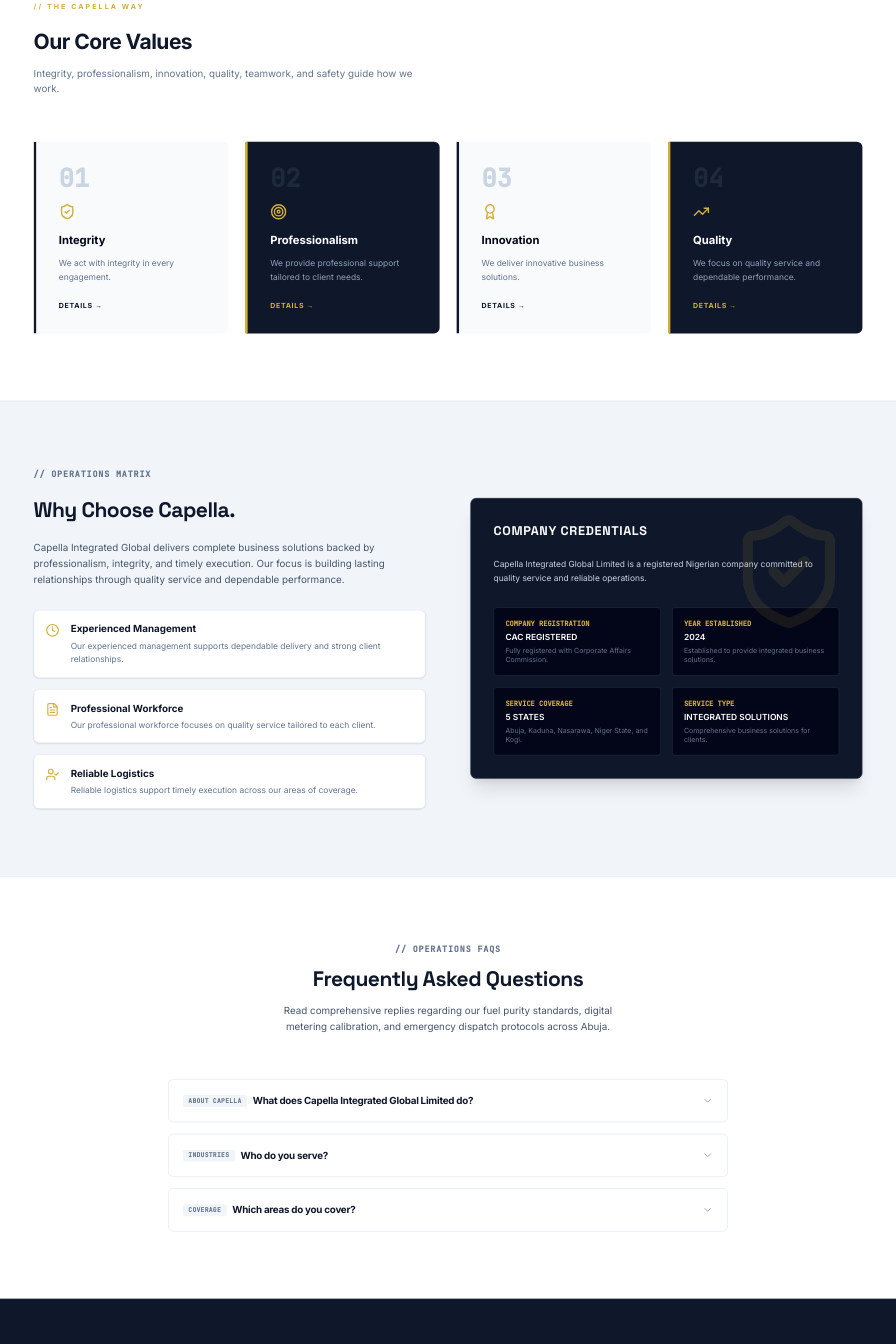
Repository: Jessic-asomugha/primo
Page: /, after clicking the first element matching `#nav-about`
An editor plug-in stored every save of this project. The page is shown before and after the next save, followed by the edit.
The browser window is 1280 px wide. The pictures show the part of the page from y = 609 to 2529 px (the page is 3191 px tall), at 70% of full size.
The project was rebuilt for these pictures with package versions that can differ from the ones it lists, and the page was loaded fresh each time. Also part of the build but not shown: vite.config.ts, src/components/ServicesView.tsx, src/components/ContactView.tsx, src/components/EnquiryView.tsx.

Above is the page before, as saved 2026-08-06 12:33:08.

### index.html
<!doctype html>
<html lang="en">
  <head>
    <meta charset="UTF-8" />
    <meta name="viewport" content="width=device-width, initial-scale=1.0" />
    <meta name="description" content="Capella Integrated Global Limited provides integrated business solutions in Nigeria." />
    <title>Capella Integrated Global Limited | Integrated Solutions. Trusted Results.</title>
  </head>
  <body>
    <div id="root"></div>
    <script type="module" src="/src/main.tsx"></script>
  </body>
</html>

### src/main.tsx
import {StrictMode} from 'react';
import {createRoot} from 'react-dom/client';
import App from './App.tsx';
import './index.css';

createRoot(document.getElementById('root')!).render(
  <StrictMode>
    <App />
  </StrictMode>,
);

### src/components/AboutView.tsx
/**
 * @license
 * SPDX-License-Identifier: Apache-2.0
 */

import React, { useState } from 'react';
import { ActiveView } from '../types';
import { VALUES, FAQS, ASSETS } from '../data';
import {
  ShieldCheck,
  Target,
  Award,
  ChevronDown,
  ChevronUp,
  Clock,
  FileText,
  ArrowRight,
  UserCheck,
  TrendingUp,
  Activity,
  Droplet
} from 'lucide-react';

interface AboutViewProps {
  setView: (view: ActiveView) => void;
}

export default function AboutView({ setView }: AboutViewProps) {
  // State for toggling FAQ accordions
  const [openFaqId, setOpenFaqId] = useState<string | null>(null);

  const toggleFaq = (id: string) => {
    if (openFaqId === id) {
      setOpenFaqId(null);
    } else {
      setOpenFaqId(id);
    }
  };

  const renderValueIcon = (iconName: string) => {
    switch (iconName) {
      case 'ShieldCheck': return <ShieldCheck className="h-6 w-6 text-brand-orange" />;
      case 'Target': return <Target className="h-6 w-6 text-brand-orange" />;
      case 'Award': return <Award className="h-6 w-6 text-brand-orange" />;
      case 'TrendingUp': return <TrendingUp className="h-6 w-6 text-brand-orange" />;
      default: return <Droplet className="h-6 w-6 text-brand-orange" />;
    }
  };

  return (
    <div className="flex flex-col min-h-screen bg-slate-50">

      {/* 1. INTRO HEADER */}
      <section className="relative bg-slate-900 text-white py-20 border-b border-slate-800 overflow-hidden">
        {/* repeating diagonal grid pattern */}
        <div className="absolute inset-0 bg-[linear-gradient(to_right,#1e293b_1px,transparent_1px),linear-gradient(to_bottom,#1e293b_1px,transparent_1px)] bg-[size:24px_24px] opacity-20 z-0" />
        <div className="relative z-10 mx-auto max-w-7xl px-6 sm:px-8 lg:px-12">
          <div className="max-w-3xl flex flex-col justify-center">
            {/* Orange bar highlight */}
            <div className="w-12 h-1 bg-brand-orange mb-6"></div>

            <span className="text-[10px] font-bold uppercase tracking-[0.3em] text-brand-orange mb-2 block">
              Corporate Background
            </span>
            <h1 className="text-display text-4xl sm:text-5xl font-extrabold tracking-tight text-white leading-[1.1] mb-6">
              Integrated Solutions, <br />
              <span className="text-slate-400">Trusted Results.</span>
            </h1>
            <p className="text-slate-400 text-sm leading-relaxed max-w-2xl font-light">
              Capella Integrated Global Limited is a diversified Nigerian company providing integrated business solutions across oil and gas, procurement, logistics, engineering, construction support, and general contracting. We deliver innovative, efficient, and cost-effective solutions tailored to corporate organisations, government institutions, and private businesses.
            </p>
          </div>
        </div>
      </section>


      {/* 2. CORE VALUES */}
      <section className="py-24 bg-white">
        <div className="mx-auto max-w-7xl px-6 sm:px-8 lg:px-12">

          <div className="flex flex-col gap-4 mb-16 max-w-xl">
            <h2 className="text-[10px] font-bold uppercase tracking-[0.3em] text-brand-orange mb-2">// THE CAPELLA WAY</h2>
            <h3 className="text-3xl font-extrabold text-slate-900 tracking-tight">
              Our Core Values
            </h3>
            <p className="text-slate-500 text-sm leading-relaxed font-light">
              Integrity, professionalism, innovation, quality, teamwork, and safety guide how we work.
            </p>
          </div>

          <div className="grid grid-cols-1 md:grid-cols-4 gap-6">
            {VALUES.map((val, index) => {
              const borderCol = index % 2 === 0 ? 'border-slate-900' : 'border-brand-orange';
              const bgCol = index % 2 === 0 ? 'bg-slate-50' : 'bg-slate-900 text-white';
              const numColor = index % 2 === 0 ? 'text-slate-300' : 'text-slate-800';
              const descColor = index % 2 === 0 ? 'text-slate-500' : 'text-slate-400';
              const titleColor = index % 2 === 0 ? 'text-slate-950' : 'text-white';

              return (
                <div key={val.id} className={`group ${bgCol} p-8 border-l-4 ${borderCol} flex flex-col justify-between hover:shadow-lg transition-all duration-300 rounded-r-lg`}>
                  <div>
                    <div className={`${numColor} font-bold text-4xl mb-4 font-mono`}>0{index + 1}</div>
                    <div className="mb-4">{renderValueIcon(val.iconName)}</div>
                    <h4 className={`text-base font-bold mb-3 ${titleColor}`}>{val.title}</h4>
                    <p className={`${descColor} text-xs leading-relaxed mb-6 font-light`}>{val.description}</p>
                  </div>
                  <div className={`flex items-center ${index % 2 === 0 ? 'text-slate-900' : 'text-brand-orange'} font-bold text-[10px] uppercase tracking-widest cursor-pointer hover:translate-x-1 transition-transform`}>
                    Details &rarr;
                  </div>
                </div>
              );
            })}
          </div>

        </div>
      </section>


      {/* 3. WHY CHOOSE US - CORPORATE HIGHLIGHTS */}
      <section className="py-24 bg-slate-100 border-y border-slate-200">
        <div className="mx-auto max-w-7xl px-6 sm:px-8 lg:px-12">

          <div className="grid grid-cols-1 lg:grid-cols-2 gap-12 lg:gap-16 items-center">

            <div className="flex flex-col gap-6">
              <span className="text-xs font-mono uppercase tracking-widest text-slate-500 font-bold">// OPERATIONS MATRIX</span>
              <h2 className="text-display text-3xl font-bold tracking-tight text-slate-900 leading-tight">
                Why Choose Capella.
              </h2>
              <p className="text-slate-600 text-sm leading-relaxed">
                Capella Integrated Global delivers complete business solutions backed by professionalism, integrity, and timely execution. Our focus is building lasting relationships through quality service and dependable performance.
              </p>

              <div className="space-y-4 mt-2">
                {[
                  {
                    icon: <Clock className="h-5 w-5 text-brand-orange shrink-0 mt-0.5" />,
                    title: 'Experienced Management',
                    desc: 'Our experienced management supports dependable delivery and strong client relationships.'
                  },
                  {
                    icon: <FileText className="h-5 w-5 text-brand-orange shrink-0 mt-0.5" />,
                    title: 'Professional Workforce',
                    desc: 'Our professional workforce focuses on quality service tailored to each client.'
                  },
                  {
                    icon: <UserCheck className="h-5 w-5 text-brand-orange shrink-0 mt-0.5" />,
                    title: 'Reliable Logistics',
                    desc: 'Reliable logistics support timely execution across our areas of coverage.'
                  }
                ].map((highlight, index) => (
                  <div key={index} className="flex gap-4 p-4 rounded-lg bg-white border border-slate-200/60 shadow-sm">
                    {highlight.icon}
                    <div>
                      <h4 className="text-sm font-bold text-slate-900">{highlight.title}</h4>
                      <p className="text-xs text-slate-500 mt-1 leading-relaxed">{highlight.desc}</p>
                    </div>
                  </div>
                ))}
              </div>
            </div>

            <div className="flex flex-col gap-6 bg-slate-900 text-white p-8 rounded-lg border border-slate-800 shadow-xl relative overflow-hidden">
              <div className="absolute top-0 right-0 p-4 opacity-10">
                <ShieldCheck className="h-44 w-44 text-brand-orange" />
              </div>

              <h3 className="text-display text-lg font-bold tracking-tight text-white uppercase tracking-wider">
                COMPANY CREDENTIALS
              </h3>
              <p className="text-slate-300 text-xs leading-relaxed">
                Capella Integrated Global Limited is a registered Nigerian company committed to quality service and reliable operations.
              </p>

              <div className="grid grid-cols-2 gap-4 mt-2 text-xs">
                <div className="p-4 rounded bg-slate-950 border border-slate-800">
                  <span className="text-[10px] text-brand-orange font-mono font-bold block mb-1">COMPANY REGISTRATION</span>
                  <span className="font-semibold text-white block">CAC REGISTERED</span>
                  <p className="text-[10px] text-slate-500 mt-1">Fully registered with Corporate Affairs Commission.</p>
                </div>
                <div className="p-4 rounded bg-slate-950 border border-slate-800">
                  <span className="text-[10px] text-brand-orange font-mono font-bold block mb-1">YEAR ESTABLISHED</span>
                  <span className="font-semibold text-white block">2024</span>
                  <p className="text-[10px] text-slate-500 mt-1">Established to provide integrated business solutions.</p>
                </div>
                <div className="p-4 rounded bg-slate-950 border border-slate-800">
                  <span className="text-[10px] text-brand-orange font-mono font-bold block mb-1">SERVICE COVERAGE</span>
                  <span className="font-semibold text-white block">5 STATES</span>
                  <p className="text-[10px] text-slate-500 mt-1">Abuja, Kaduna, Nasarawa, Niger State, and Kogi.</p>
                </div>
                <div className="p-4 rounded bg-slate-950 border border-slate-800">
                  <span className="text-[10px] text-brand-orange font-mono font-bold block mb-1">SERVICE TYPE</span>
                  <span className="font-semibold text-white block">INTEGRATED SOLUTIONS</span>
                  <p className="text-[10px] text-slate-500 mt-1">Comprehensive business solutions for clients.</p>
                </div>
              </div>
            </div>

          </div>
        </div>
      </section>


      {/* 4. FAQ ACCORDIONS (Interactive Accordions) */}
      <section className="py-24 bg-white">
        <div className="mx-auto max-w-4xl px-6 sm:px-8 lg:px-12">

          <div className="text-center flex flex-col gap-4 mb-16">
            <span className="text-xs font-mono uppercase tracking-widest text-slate-500 font-bold">// OPERATIONS FAQS</span>
            <h2 className="text-display text-3xl font-extrabold tracking-tight text-slate-900">
              Frequently Asked Questions
            </h2>
            <p className="text-slate-600 text-sm leading-relaxed max-w-lg mx-auto">
              Read comprehensive replies regarding our fuel purity standards, digital metering calibration, and emergency dispatch protocols across Abuja.
            </p>
          </div>

          <div className="flex flex-col gap-4">
            {FAQS.map((faq) => {
              const isOpen = openFaqId === faq.id;
              return (
                <div
                  key={faq.id}
                  className={`border rounded-lg transition-all ${
                    isOpen
                      ? 'border-brand-orange bg-slate-50/50'
                      : 'border-slate-200 hover:border-slate-300 bg-white'
                  }`}
                >
                  <button
                    onClick={() => toggleFaq(faq.id)}
                    className="w-full flex items-center justify-between p-5 text-left focus:outline-none focus:ring-1 focus:ring-brand-orange rounded-lg"
                    aria-expanded={isOpen}
                    id={`btn-faq-toggle-${faq.id}`}
                  >
                    <div className="flex flex-col sm:flex-row sm:items-center gap-2">
                      <span className="text-[9px] uppercase tracking-wider bg-slate-100 text-slate-500 font-mono font-bold px-2 py-0.5 rounded w-max">
                        {faq.category}
                      </span>
                      <span className="text-sm font-bold text-slate-900 tracking-tight">
                        {faq.question}
                      </span>
                    </div>
                    {isOpen ? (
                      <ChevronUp className="h-4 w-4 text-brand-orange shrink-0 ml-4" />
                    ) : (
                      <ChevronDown className="h-4 w-4 text-slate-400 shrink-0 ml-4" />
                    )}
                  </button>

                  {isOpen && (
                    <div className="px-5 pb-5 pt-1 text-xs text-slate-600 leading-relaxed border-t border-slate-100 mt-1">
                      {faq.answer}
                    </div>
                  )}
                </div>
              );
            })}
          </div>

        </div>
      </section>


      {/* 5. CTA */}
      <section className="bg-slate-900 text-white py-16 border-t border-slate-800">
        <div className="mx-auto max-w-4xl px-6 sm:px-8 lg:px-12 text-center flex flex-col items-center gap-5">
          <h2 className="text-display text-2xl sm:text-3xl font-bold tracking-tight">
            Consult with our Fuel Logistics Desk.
          </h2>
          <p className="text-slate-300 max-w-xl text-xs leading-relaxed">
            Need to negotiate fixed monthly bulk fuel contracts, set up automatic tank level monitors, or arrange emergency stand-by dispatches? Speak directly with our sales director.
          </p>
          <button
            onClick={() => setView(ActiveView.CONTACT)}
            className="group flex items-center gap-2 rounded bg-brand-orange hover:bg-brand-orange-hover px-6 py-3 text-sm font-semibold text-slate-950 transition-all hover:shadow-lg mt-2 font-bold cursor-pointer"
            id="about-btn-cta"
          >
            Request a Fuel Quote
            <ArrowRight className="h-4 w-4 transition-transform group-hover:translate-x-1 text-slate-950" />
          </button>
        </div>
      </section>

    </div>
  );
}

Loaded but not shown: src/components/HomeView.tsx (598 lines, source omitted); src/components/Footer.tsx (169 lines, source omitted); src/data.ts (80 lines, source omitted); src/components/Header.tsx (139 lines, source omitted); src/index.css (260 lines, source omitted); src/App.tsx (64 lines, source omitted); src/types.ts (70 lines, source omitted)

After the next save:
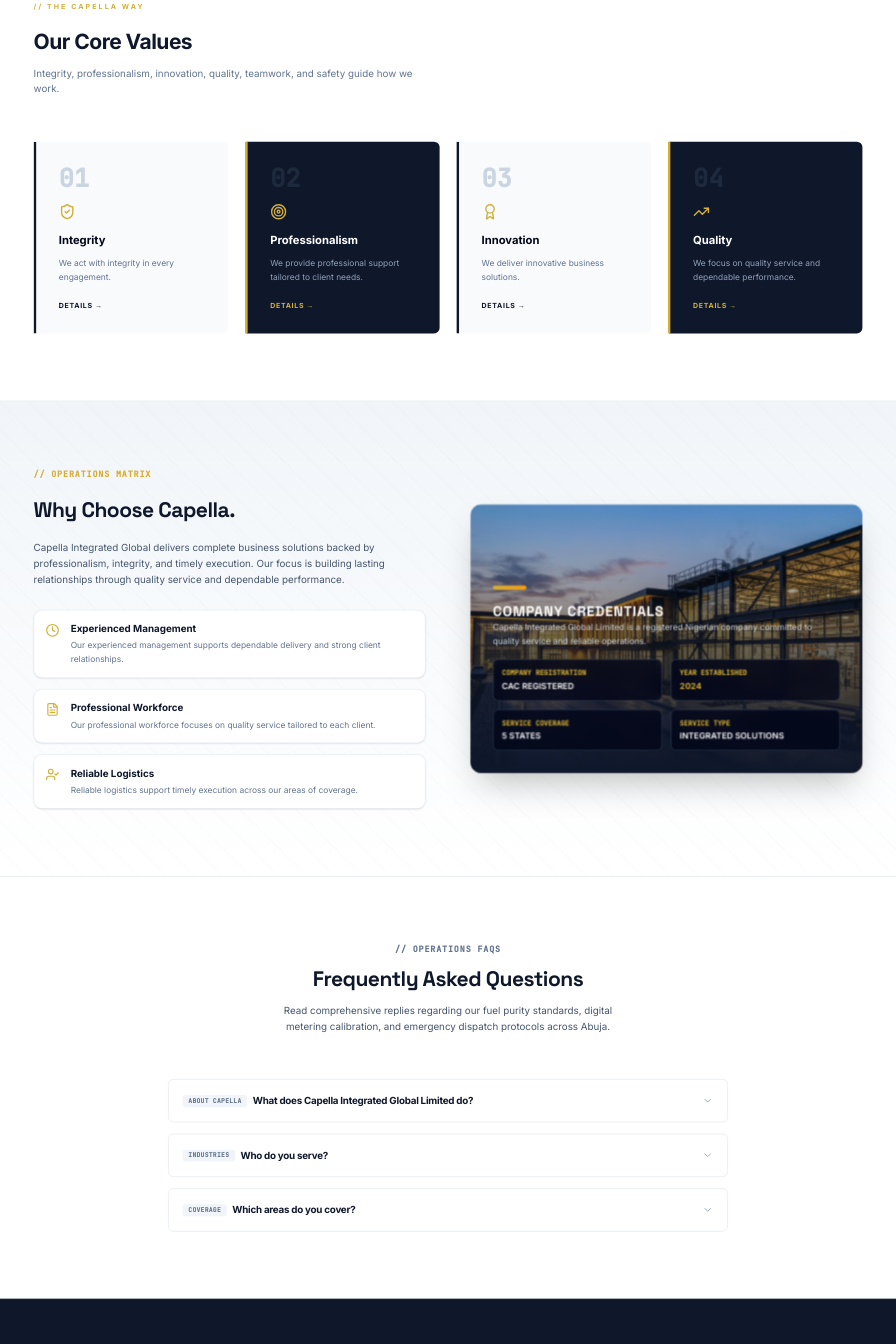
Saved 23 s later.
--- a/src/components/AboutView.tsx
+++ b/src/components/AboutView.tsx
@@ -117,13 +117,14 @@ export default function AboutView({ setView }: AboutViewProps) {
 
 
       {/* 3. WHY CHOOSE US - CORPORATE HIGHLIGHTS */}
-      <section className="py-24 bg-slate-100 border-y border-slate-200">
-        <div className="mx-auto max-w-7xl px-6 sm:px-8 lg:px-12">
+      <section className="py-24 bg-gradient-to-b from-slate-100 to-white border-y border-slate-200 relative overflow-hidden">
+        <div className="absolute inset-0 industrial-pattern opacity-20"></div>
+        <div className="relative z-10 mx-auto max-w-7xl px-6 sm:px-8 lg:px-12">
 
           <div className="grid grid-cols-1 lg:grid-cols-2 gap-12 lg:gap-16 items-center">
 
-            <div className="flex flex-col gap-6">
-              <span className="text-xs font-mono uppercase tracking-widest text-slate-500 font-bold">// OPERATIONS MATRIX</span>
+            <div className="flex flex-col gap-6 animate-fade-in-up">
+              <span className="text-xs font-mono uppercase tracking-widest gradient-text font-bold">// OPERATIONS MATRIX</span>
               <h2 className="text-display text-3xl font-bold tracking-tight text-slate-900 leading-tight">
                 Why Choose Capella.
               </h2>
@@ -149,7 +150,7 @@ export default function AboutView({ setView }: AboutViewProps) {
                     desc: 'Reliable logistics support timely execution across our areas of coverage.'
                   }
                 ].map((highlight, index) => (
-                  <div key={index} className="flex gap-4 p-4 rounded-lg bg-white border border-slate-200/60 shadow-sm">
+                  <div key={index} className="flex gap-4 p-4 rounded-xl bg-white border border-slate-200/60 shadow-sm card-hover">
                     {highlight.icon}
                     <div>
                       <h4 className="text-sm font-bold text-slate-900">{highlight.title}</h4>
@@ -160,38 +161,43 @@ export default function AboutView({ setView }: AboutViewProps) {
               </div>
             </div>
 
-            <div className="flex flex-col gap-6 bg-slate-900 text-white p-8 rounded-lg border border-slate-800 shadow-xl relative overflow-hidden">
-              <div className="absolute top-0 right-0 p-4 opacity-10">
-                <ShieldCheck className="h-44 w-44 text-brand-orange" />
-              </div>
-
-              <h3 className="text-display text-lg font-bold tracking-tight text-white uppercase tracking-wider">
-                COMPANY CREDENTIALS
-              </h3>
-              <p className="text-slate-300 text-xs leading-relaxed">
-                Capella Integrated Global Limited is a registered Nigerian company committed to quality service and reliable operations.
-              </p>
-
-              <div className="grid grid-cols-2 gap-4 mt-2 text-xs">
-                <div className="p-4 rounded bg-slate-950 border border-slate-800">
-                  <span className="text-[10px] text-brand-orange font-mono font-bold block mb-1">COMPANY REGISTRATION</span>
-                  <span className="font-semibold text-white block">CAC REGISTERED</span>
-                  <p className="text-[10px] text-slate-500 mt-1">Fully registered with Corporate Affairs Commission.</p>
-                </div>
-                <div className="p-4 rounded bg-slate-950 border border-slate-800">
-                  <span className="text-[10px] text-brand-orange font-mono font-bold block mb-1">YEAR ESTABLISHED</span>
-                  <span className="font-semibold text-white block">2024</span>
-                  <p className="text-[10px] text-slate-500 mt-1">Established to provide integrated business solutions.</p>
-                </div>
-                <div className="p-4 rounded bg-slate-950 border border-slate-800">
-                  <span className="text-[10px] text-brand-orange font-mono font-bold block mb-1">SERVICE COVERAGE</span>
-                  <span className="font-semibold text-white block">5 STATES</span>
-                  <p className="text-[10px] text-slate-500 mt-1">Abuja, Kaduna, Nasarawa, Niger State, and Kogi.</p>
-                </div>
-                <div className="p-4 rounded bg-slate-950 border border-slate-800">
-                  <span className="text-[10px] text-brand-orange font-mono font-bold block mb-1">SERVICE TYPE</span>
-                  <span className="font-semibold text-white block">INTEGRATED SOLUTIONS</span>
-                  <p className="text-[10px] text-slate-500 mt-1">Comprehensive business solutions for clients.</p>
+            <div className="relative rounded-2xl overflow-hidden shadow-2xl animate-slide-in-right">
+              <div className="relative h-80 md:h-96">
+                <img
+                  src={ASSETS.hero}
+                  alt="Capella Operations"
+                  className="w-full h-full object-cover"
+                  referrerPolicy="no-referrer"
+                />
+                <div className="absolute inset-0 bg-gradient-to-t from-slate-900 via-slate-900/60 to-transparent"></div>
+
+                <div className="absolute bottom-0 left-0 right-0 p-8">
+                  <div className="w-12 h-1.5 bg-gradient-to-r from-brand-orange to-brand-accent mb-4 rounded-full"></div>
+                  <h3 className="text-display text-xl font-bold tracking-tight text-white uppercase tracking-wider">
+                    COMPANY CREDENTIALS
+                  </h3>
+                  <p className="text-slate-300 text-xs leading-relaxed mb-4">
+                    Capella Integrated Global Limited is a registered Nigerian company committed to quality service and reliable operations.
+                  </p>
+
+                  <div className="grid grid-cols-2 gap-3 text-xs">
+                    <div className="p-3 rounded-lg bg-slate-950/80 backdrop-blur border border-slate-700">
+                      <span className="text-[10px] text-brand-orange font-mono font-bold block mb-1">COMPANY REGISTRATION</span>
+                      <span className="font-semibold text-white block">CAC REGISTERED</span>
+                    </div>
+                    <div className="p-3 rounded-lg bg-slate-950/80 backdrop-blur border border-slate-700">
+                      <span className="text-[10px] text-brand-orange font-mono font-bold block mb-1">YEAR ESTABLISHED</span>
+                      <span className="gradient-text font-bold block">2024</span>
+                    </div>
+                    <div className="p-3 rounded-lg bg-slate-950/80 backdrop-blur border border-slate-700">
+                      <span className="text-[10px] text-brand-orange font-mono font-bold block mb-1">SERVICE COVERAGE</span>
+                      <span className="font-semibold text-white block">5 STATES</span>
+                    </div>
+                    <div className="p-3 rounded-lg bg-slate-950/80 backdrop-blur border border-slate-700">
+                      <span className="text-[10px] text-brand-orange font-mono font-bold block mb-1">SERVICE TYPE</span>
+                      <span className="font-semibold text-white block">INTEGRATED SOLUTIONS</span>
+                    </div>
+                  </div>
                 </div>
               </div>
             </div>
